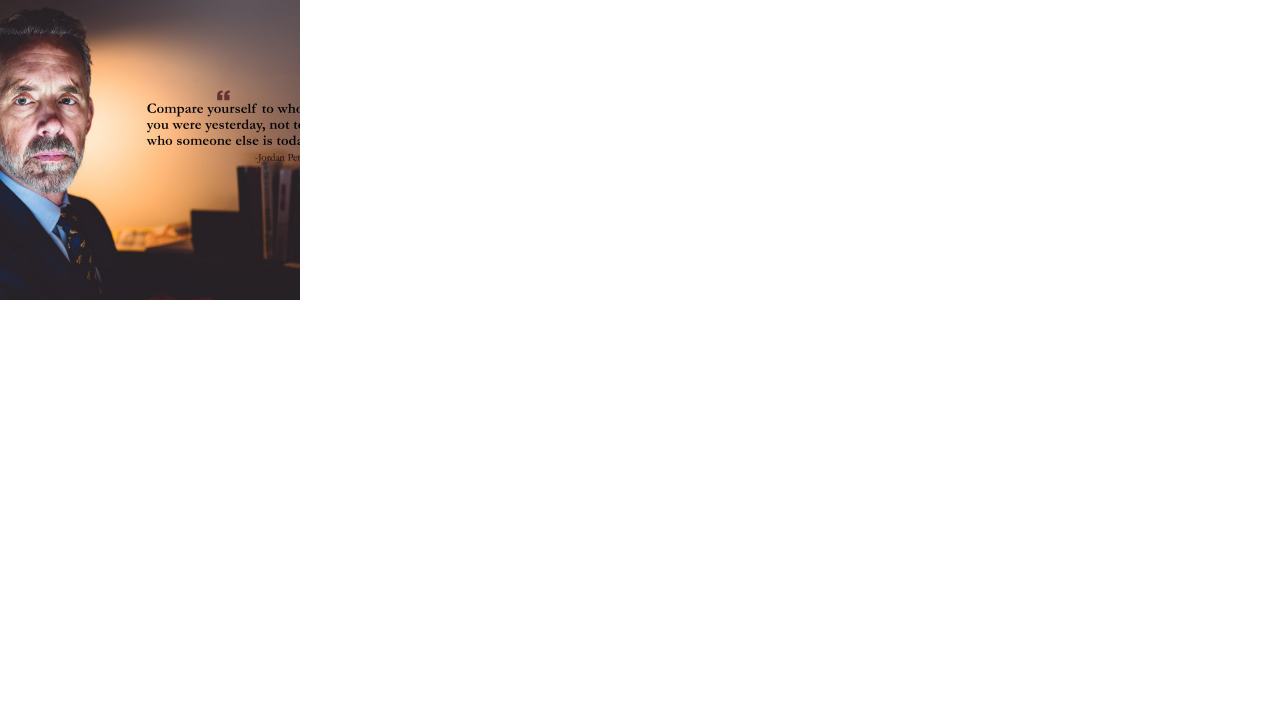
Repository: fechinmitchell/MFM
Page: blocked.html
These files come from the project's save history. The page is drawn as it stood at one moment and after the next save; the edit follows.
The browser window is 1280 px wide. The pictures show the whole page.

Above is the page before, as saved 2023-07-07 22:28:10.

After the next save:
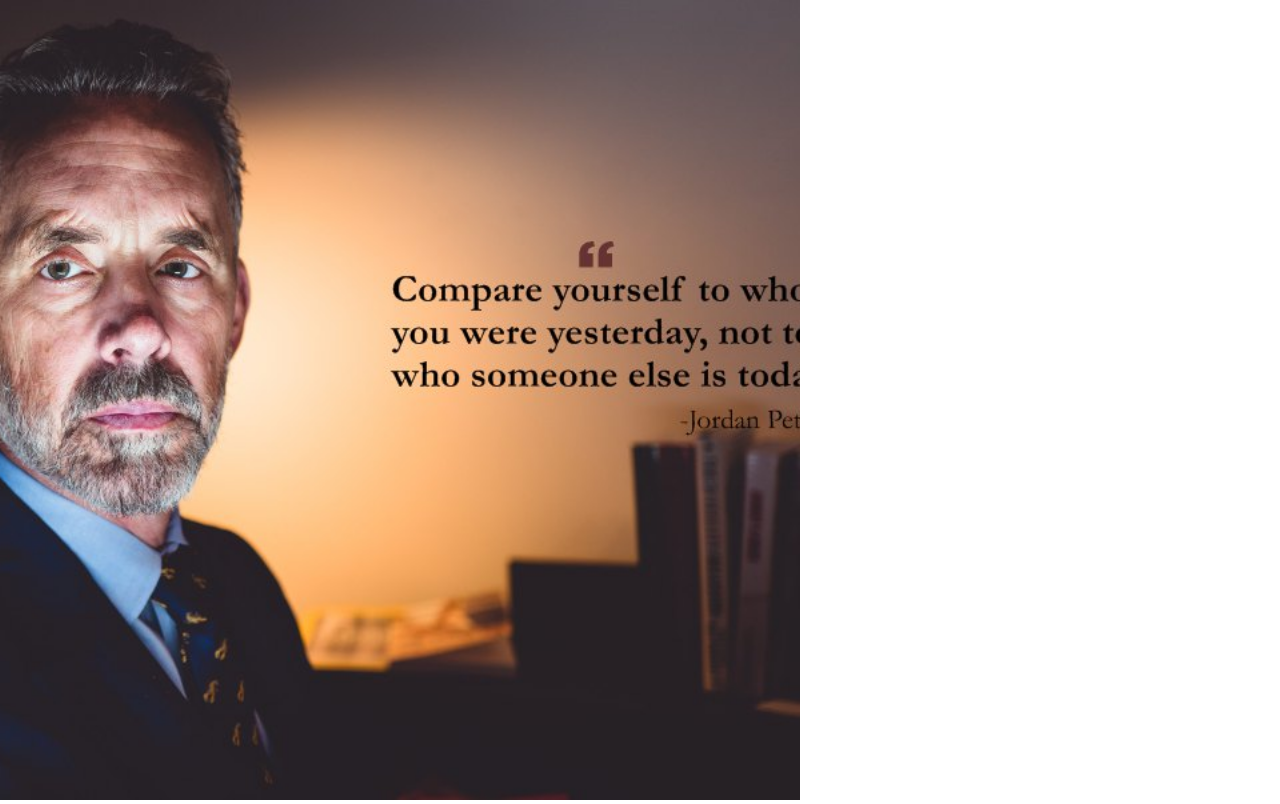
Saved 10 min 51 s later.
--- a/blocked.html
+++ b/blocked.html
@@ -1,6 +1,6 @@
 <!DOCTYPE html>
 <html>
-<body style="width:300px;height:300px;margin:0;">
+<body style="width:800px;height:800px;margin:0;">
   <img src="images/blocked.jpeg" style="width:100%;height:100%;object-fit:cover;">
 </body>
 </html>
